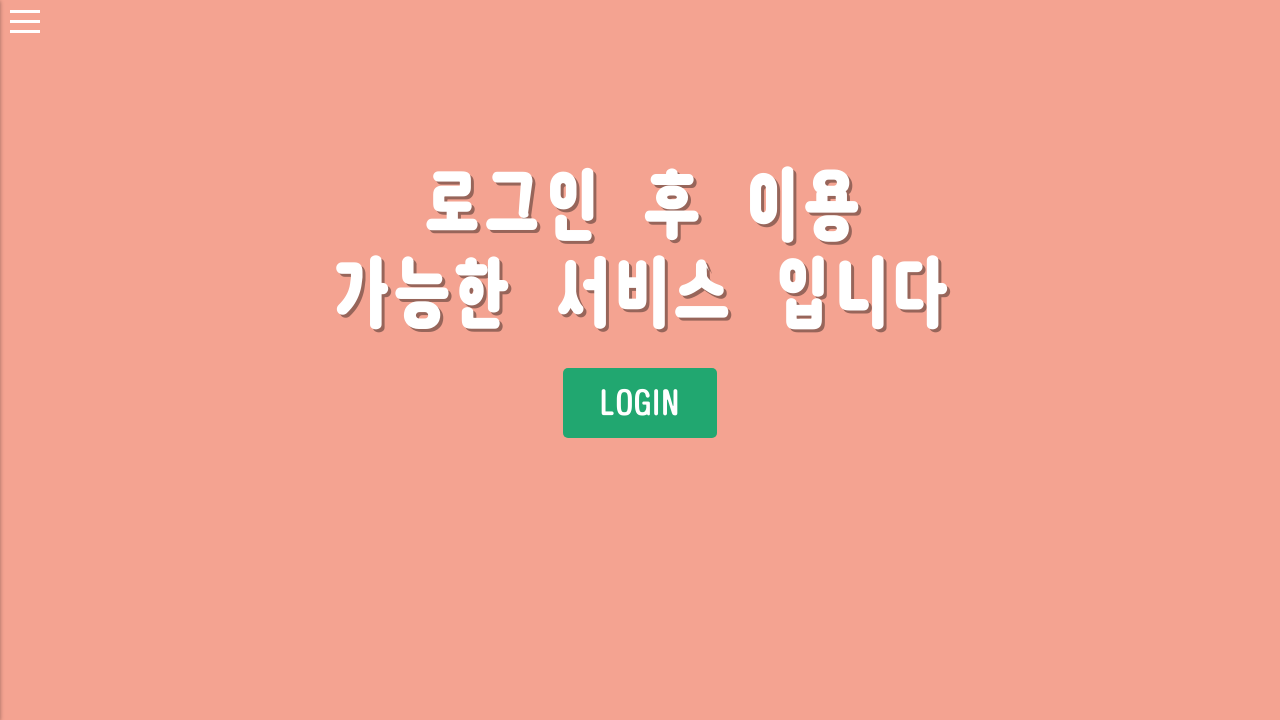
Repository: se-yoo/ChangeSeat
Page: http://localhost/ChangeSeat/info.jsp
These files come from the project's save history. The page is drawn as it stood at one moment and after the next save; the edit follows.
The browser window is 1280 px wide. The pictures show the whole page.
Some web fonts or font styles are not loaded; a fallback is used. Some web libraries are served in a nearby version. The page is served by Tomcat 9.

Above is the page before, as saved 2018-06-26 02:54:46.

After the next save:
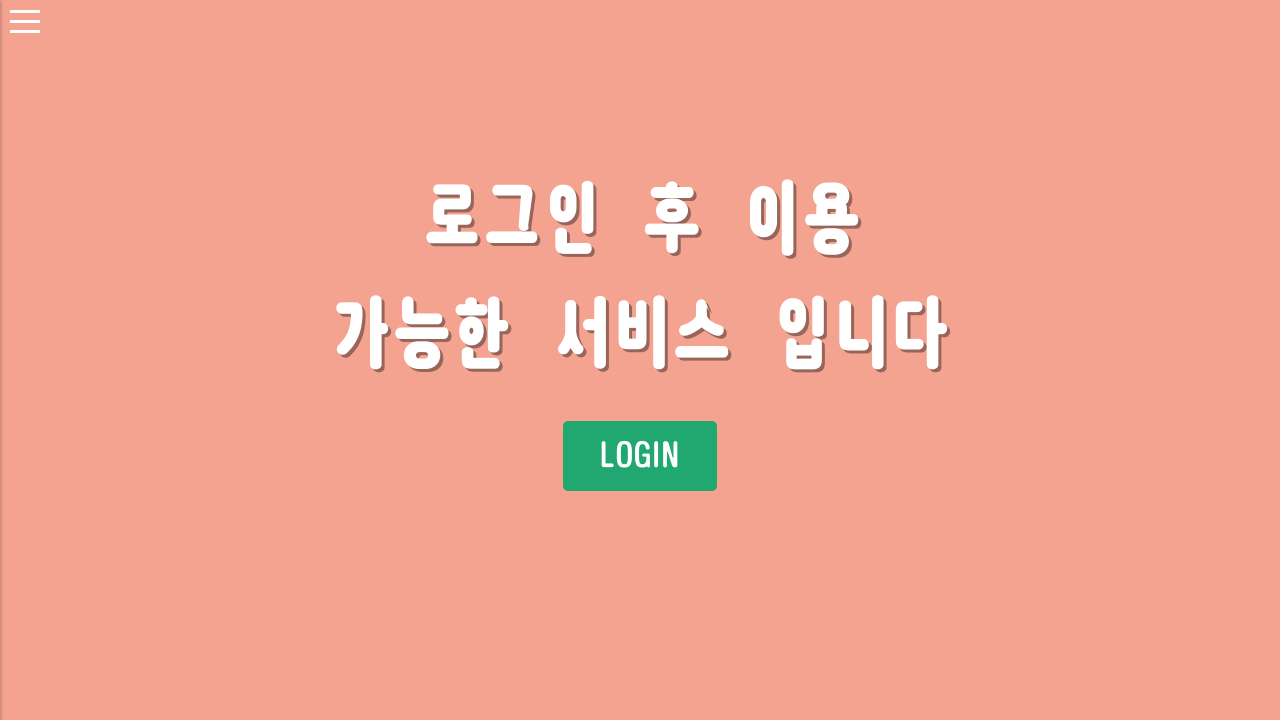
Saved 36 s later.
--- a/ChangeSeat/WebContent/infoNotMember.jsp
+++ b/ChangeSeat/WebContent/infoNotMember.jsp
@@ -8,6 +8,6 @@
  <link rel="stylesheet" href="changeIndexStyle.css">
 </head>
 <body>
-	<h2 class="header" style="font-size:5em;line-height:1em;">로그인 후 이용<br>가능한 서비스 입니다</h2>
+	<h2 class="header" style="font-size:5em;line-height:1.3em;">로그인 후 이용<br>가능한 서비스 입니다</h2>
 	<a href="login.jsp"><button>LOGIN</button></a>
 </body>
